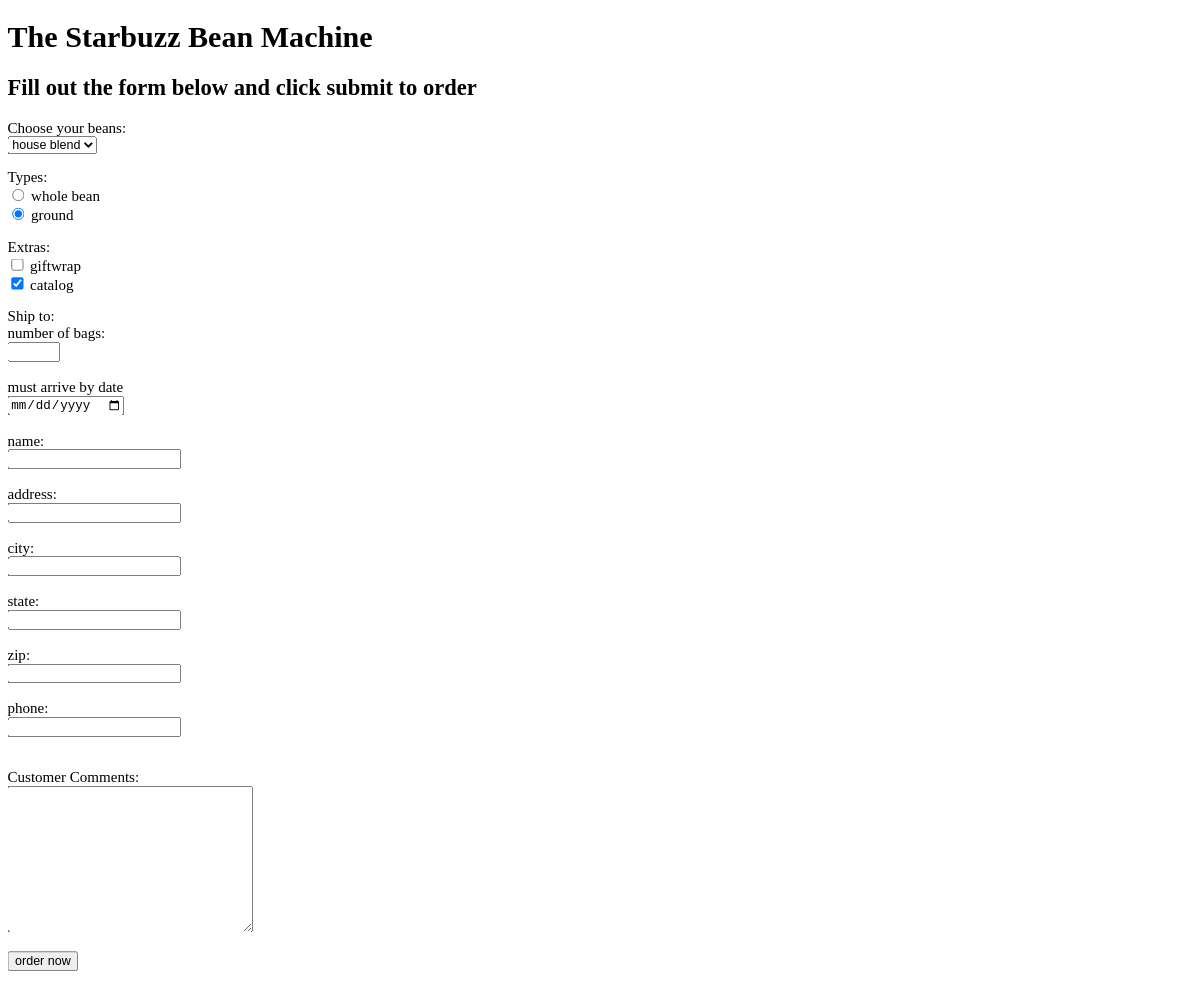
Repository: Dearning/head-first-html-css
Page: chapter14/starbuzz/form.html
These files come from the project's save history. The page is drawn as it stood at one moment and after the next save; the edit follows.
The browser window is 1280 px wide. The pictures show the whole page, at 94% of full size.

Above is the page before, as saved 2021-09-29 22:44:38.

### chapter14/starbuzz/form.html
<!DOCTYPE html>
<html>
  <head>
    <meta charset="utf-8">
    <title>The Starbuzz Bean Machine</title>
    <link rel="stylesheet" type="text/css" href="mycss.css">
  </head>
  <body>

    <h1>The Starbuzz Bean Machine</h1>
    <h2>Fill out the form below and click submit to order</h2>
    <form action="http://starbuzzcoffee.com/processorder.php" method="POST" id="table">
      <p>
        <div class="left"> Choose your beans:</div>
        <div class="right">
          <select name="beans" id="beans">
            <option value="house blend">house blend</option>
            <option value="shade">shade</option>
            <option value="gua">gua</option>
            <option value="ken">ken</option>
          </select>
        </div>
      </p>
      <p><div class="left"> Types:</div>
        <div class="right">
        <input type="radio" name="beantype" value="whole"> whole bean<br>
        <input type="radio" name="beantype" value="ground" checked> ground<br>
      </div>
      </p>
      <p>
        <div class="left"> Extras: </div>
        <div class="right">
        <input type="checkbox" name="extras[]" id="Extras[]" value="giftwrap"> giftwrap <br>
        <input type="checkbox" name="extras[]" id="Extras[]" value="catalog" checked> catalog <br>
      </div>

      </p>
      <p>
        <div class="left"> Ship to: </div>
        <div class="left"> number of bags: </div>
        <div class="right"><input type="number" name="bags" min="1" max="10"> </div> <br>
        <div class="left"> must arrive by date</div>
        <div class="right"><input type="date" name="date"> </div> <br>
        <div class="left"> name:</div>
        <div class="right"><input type="text" name="name"></div> <br>
        <div class="left"> address:</div>
        <div class="right"> <input type="text" name="address"></div> <br>
        <div class="left"> city:</div>
        <div class="right"> <input type="text" name="city"></div> <br>
        <div class="left"> state:</div>
        <div class="right"> <input type="text" name="state"></div> <br>
        <div class="left"> zip:</div>
        <div class="right"><input type="text" name="zip"></div> <br>
        <div class="left"> phone:</div>
        <div class="right"> <input type="tel" name="phone"></div> <br>
      </p>
      <p>
        <div class="left"> Customer Comments:</div>
        <textarea name="comments" id="comments" cols="30" rows="10"></textarea>

      </p>
      <p>
        <input type="submit" value="order now">
      </p>
    </form>


  </body>
</html>

### chapter14/starbuzz/mycss.css
th{
    text-align: right;
}
td{
    text-align: left;
}

After the next save:
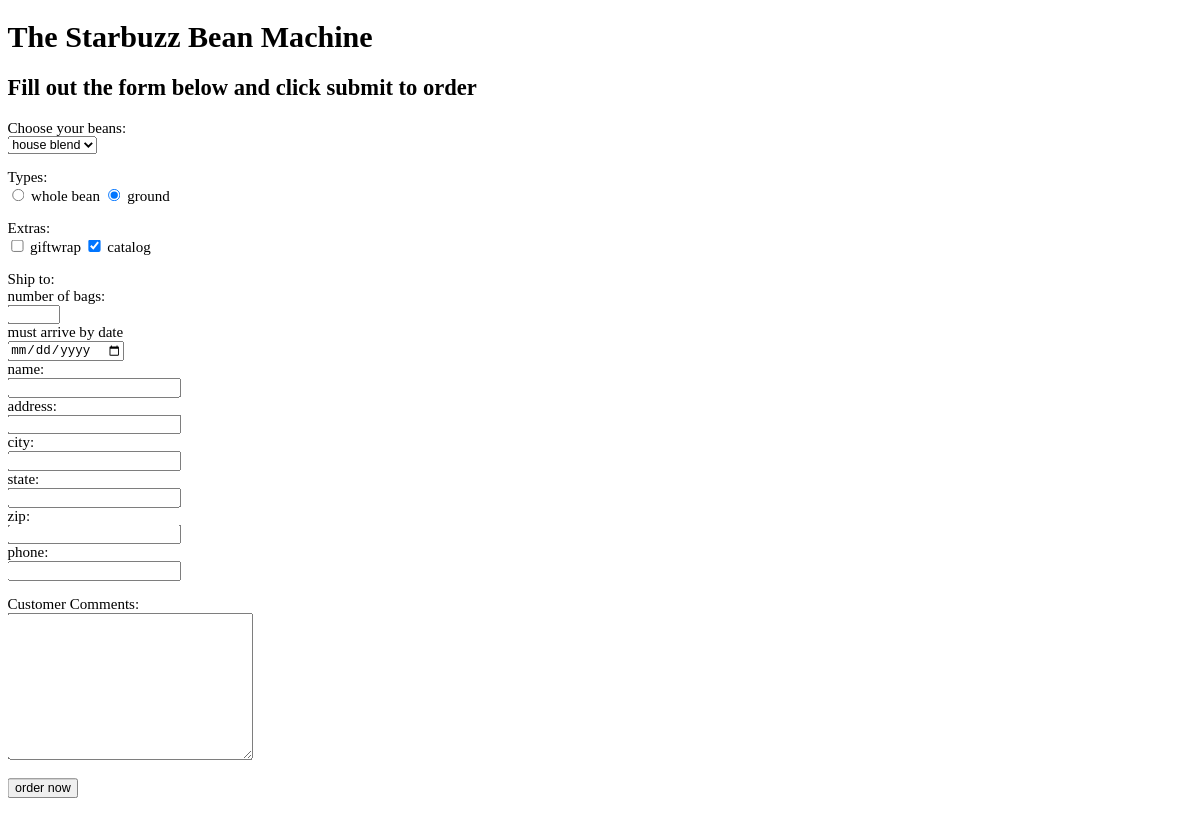
Saved 20 s later.
--- a/chapter14/starbuzz/form.html
+++ b/chapter14/starbuzz/form.html
@@ -23,36 +23,36 @@
       </p>
       <p><div class="left"> Types:</div>
         <div class="right">
-        <input type="radio" name="beantype" value="whole"> whole bean<br>
-        <input type="radio" name="beantype" value="ground" checked> ground<br>
+        <input type="radio" name="beantype" value="whole"> whole bean
+        <input type="radio" name="beantype" value="ground" checked> ground
       </div>
       </p>
       <p>
         <div class="left"> Extras: </div>
         <div class="right">
-        <input type="checkbox" name="extras[]" id="Extras[]" value="giftwrap"> giftwrap <br>
-        <input type="checkbox" name="extras[]" id="Extras[]" value="catalog" checked> catalog <br>
+        <input type="checkbox" name="extras[]" id="Extras[]" value="giftwrap"> giftwrap
+        <input type="checkbox" name="extras[]" id="Extras[]" value="catalog" checked> catalog
       </div>
 
       </p>
       <p>
         <div class="left"> Ship to: </div>
         <div class="left"> number of bags: </div>
-        <div class="right"><input type="number" name="bags" min="1" max="10"> </div> <br>
+        <div class="right"><input type="number" name="bags" min="1" max="10"> </div>
         <div class="left"> must arrive by date</div>
-        <div class="right"><input type="date" name="date"> </div> <br>
+        <div class="right"><input type="date" name="date"> </div>
         <div class="left"> name:</div>
-        <div class="right"><input type="text" name="name"></div> <br>
+        <div class="right"><input type="text" name="name"></div>
         <div class="left"> address:</div>
-        <div class="right"> <input type="text" name="address"></div> <br>
+        <div class="right"> <input type="text" name="address"></div>
         <div class="left"> city:</div>
-        <div class="right"> <input type="text" name="city"></div> <br>
+        <div class="right"> <input type="text" name="city"></div>
         <div class="left"> state:</div>
-        <div class="right"> <input type="text" name="state"></div> <br>
+        <div class="right"> <input type="text" name="state"></div>
         <div class="left"> zip:</div>
-        <div class="right"><input type="text" name="zip"></div> <br>
+        <div class="right"><input type="text" name="zip"></div>
         <div class="left"> phone:</div>
-        <div class="right"> <input type="tel" name="phone"></div> <br>
+        <div class="right"> <input type="tel" name="phone"></div>
       </p>
       <p>
         <div class="left"> Customer Comments:</div>
